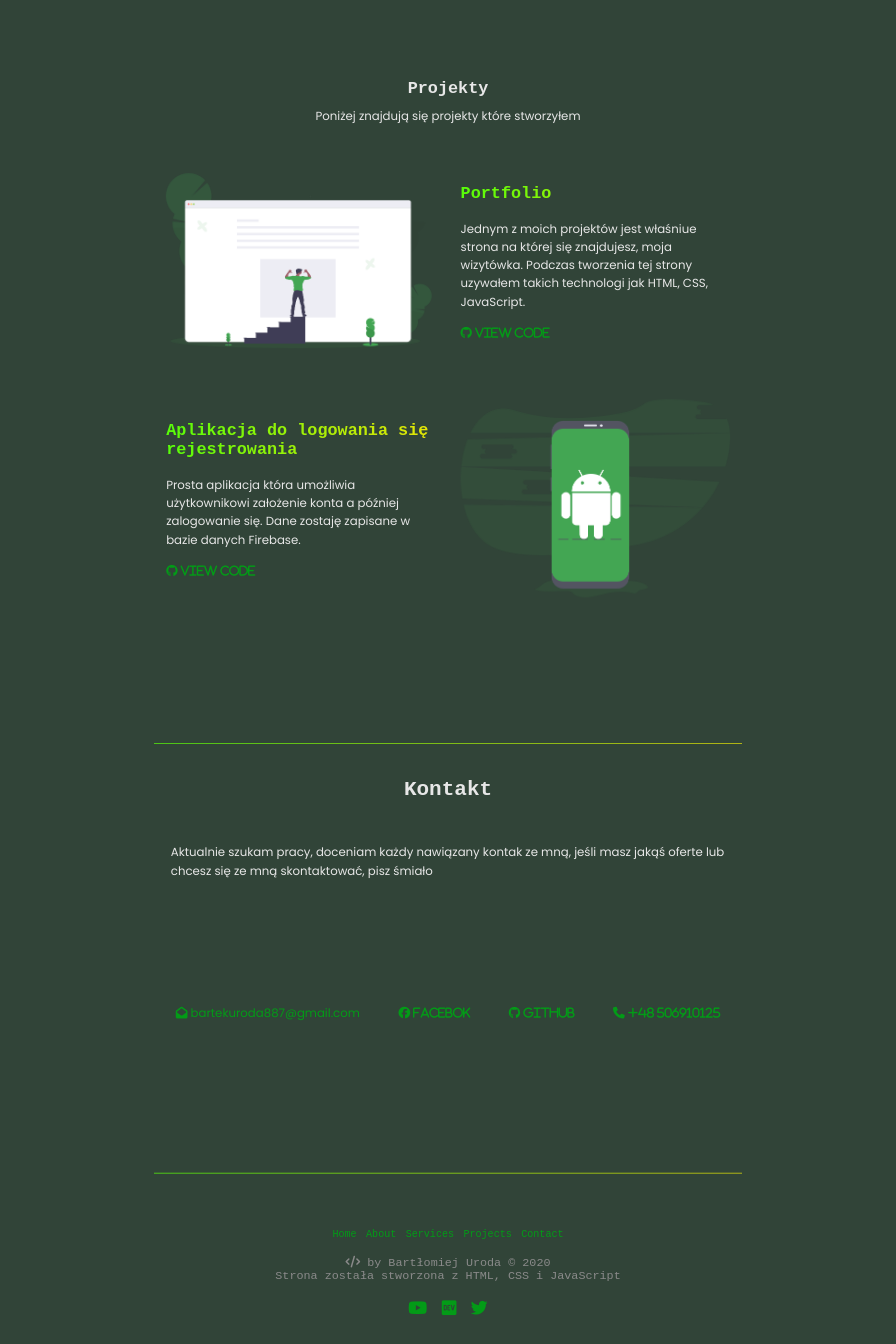
Repository: BartekUroda/portfolio
Page: index.html
An editor plug-in stored every save of this project. The page is shown before and after the next save, followed by the edit.
The browser window is 1280 px wide. The pictures show the part of the page from y = 2088 to 4008 px (the page is 4008 px tall before and 3956 px after), at 70% of full size.
Some web fonts or font styles are not loaded; a fallback is used. Some web libraries are served in a nearby version.

Above is the page before, as saved 2020-10-27 22:34:36.

After the next save:
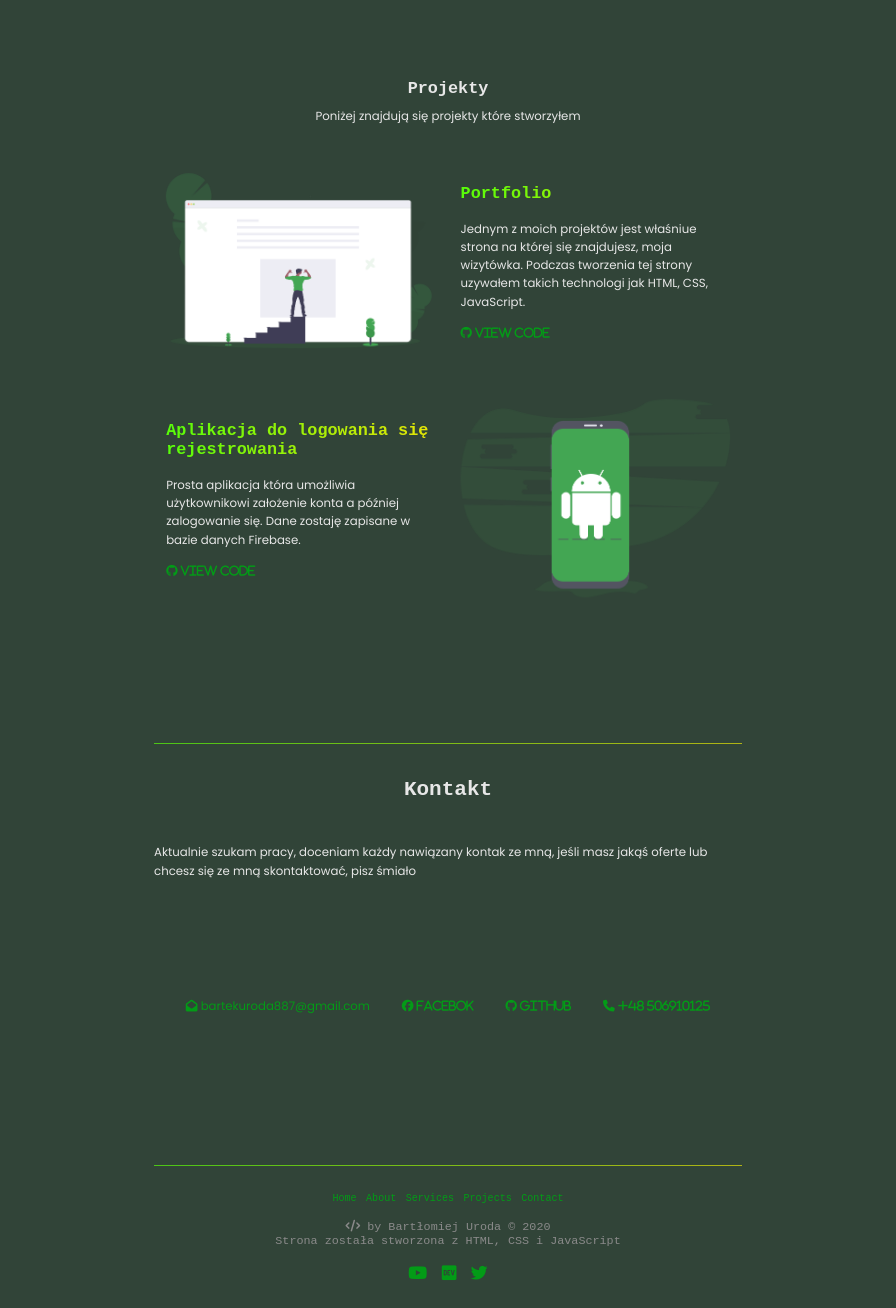
Saved 9 s later.
--- a/css/style.css
+++ b/css/style.css
@@ -424,7 +424,7 @@ hr {
     font-family: "Poppins", sans-serif;
     font-size: 1.4rem;
     padding: 0;
-    margin: 0.9rem 2rem;
+
 }
 .contact .container {
     min-height: 50vh;
